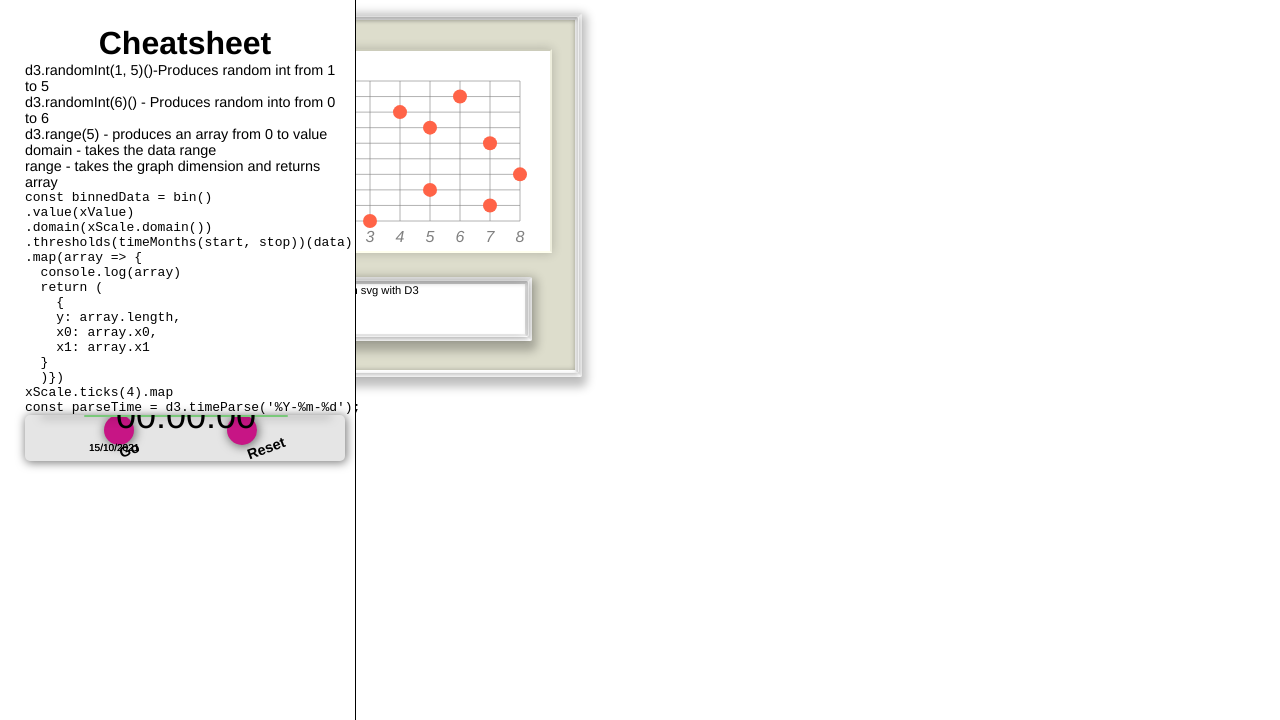
Repository: Lewisjohnward/100-days-of-d3
Page: /
The author's editor kept a copy of each file at every save. The page is drawn from the files as they stood at one save, then again after the next save.
The browser window is 1280 px wide. The pictures show the whole page.
The page's requests for data from a server got no answer. An inner scrolling area shows only its first screen. The project was rebuilt for these pictures with package versions that can differ from the ones it lists, and the page was loaded fresh each time. No one was signed in, and anything a server would have sent is missing. Also part of the build but not shown: src/charts/chart2/useGetData.js, src/charts/chart2/styles.js, src/charts/chart2/Chart.js, src/charts/chart3/useGetData.js, src/charts/chart3/styles.js, src/charts/chart3/Chart.js, src/charts/chart4/useGetData.js, src/charts/chart4/styles.js and 4 more.

Above is the page before, as saved 2021-10-20 15:28:34.

### src/App.js
import styled from "styled-components";
import { Chart1, Chart2, Chart3, Chart4, Chart5 } from "./charts/index.js";
import { Hello } from "./components/HelloD3";
import { Navbar } from "./components/Navbar.js";

const BodyContainer = styled.div`
  position: relative;
  z-index: 99;
  display: flex;
  height: ${({ height }) => height}px;
  overflow: hidden;
`;

const ChartGrid = styled.div`
  width: 75%;
  display: grid;
  overflow: scroll;
  grid-template-columns: repeat(3, 400px);
  grid-template-rows: repeat(2, 400px);
  justify-content: center;
  align-items: start;
  align-content: start;
  grid-gap: 0px;
  border-left: 1px solid black;
  padding: 1%;
`;



const height = window.innerHeight;

function App() {
  return (
    <BodyContainer height={height}>
      <Hello />
      <Navbar />
      <ChartGrid>
        <Chart1 />
        <Chart2 />
        <Chart2 />
        <Chart3 />
        <Chart4 />
        <Chart5 />
      </ChartGrid>
    </BodyContainer>
  );
}

export default App;

### src/index.css
*{
    margin: 0;
    padding: 0;
}

body {
    font-family: Helvetica, "Trebuchet MS", Verdana, sans-serif;
}

### src/charts/index.js
export { Test as Chart1} from "./chart1/Chart"
export { Chart as Chart2} from "./chart2/Chart"
export { Chart as Chart3} from "./chart3/Chart"
export { Chart as Chart4} from "./chart4/Chart"
export { Chart as Chart5} from "./chart5/Chart"

### src/components/HelloD3.js
import { useState } from "react";
import styled, { keyframes } from "styled-components";

const letterAnimation = keyframes`
    0% {transform: rotate(0deg);}
    20% {transform: rotate(-45deg);}
    100% {transform: rotate(-45deg);}
`;

const TextContainer = styled.div`
  position: absolute;
  top: 25%;
  display: flex;
  font-size: 10em;

`;

const LetterContainer = styled.div`
  &.fallanimation {
    transition: transform 1s;
    transform: translateY(942px);
  }

  p {
    font-weight: ${({bold}) => bold ? 600: 300};
    &.fallanimation {
      animation: ${letterAnimation} ease-out 1s forwards;
    }
  }
`;

const word = "Hello";
const d3 = "D3"
const d3Array = d3.split("");
const wordArray = word.split("");
const height = window.innerHeight;

export const Hello = () => {
  return (
    <TextContainer>
      {wordArray.map((d) => (
        <Letter letter={d} />
      ))}
      {d3Array.map((d) => (
        <Letter letter={d} bold={true}/>
      ))}
    </TextContainer>
  );
};

const Letter = ({ letter, bold}) => {
  const [visible, setVisible] = useState(true);

  const handleMouseEnter = () => {
    setVisible((prev) => !prev);
  };

  return (
    <LetterContainer className={!visible && "fallanimation"} height={height} bold={bold}>
      <p
        className={!visible && "fallanimation"}
        onMouseEnter={() => handleMouseEnter()}
      >
        {letter}
      </p>
    </LetterContainer>
  );
};

### src/components/Navbar.js
import { useState } from "react";
import styled from "styled-components";
import {TimerComponent as Timer} from "./Timer"

const NavContainer = styled.div`
  position: relative;
  height: 100%;
  width: 25%;
  background: white;
  padding: 25px 10px 25px 25px;

  > p {
    font-size: 0.9em;
  }
`;

const Title = styled.div`
  font-size: 2em;
  font-weight: 700;
  text-align: center;
`;

const code = `const binnedData = bin()
.value(xValue)
.domain(xScale.domain())
.thresholds(timeMonths(start, stop))(data)
.map(array => {
  console.log(array)
  return (
    {
    y: array.length,
    x0: array.x0,
    x1: array.x1
  }
  )})`;

export const Navbar = () => {
  const [visible, setVisible] = useState(false);
  return (
    <NavContainer visible={visible}>

      <Title>Cheatsheet</Title>
      <p>d3.randomInt(1, 5)()-Produces random int from 1 to 5</p>
      <p>d3.randomInt(6)() - Produces random into from 0 to 6</p>
      <p>d3.range(5) - produces an array from 0 to value</p>
      <p>domain - takes the data range</p>
      <p>range - takes the graph dimension and returns array</p>
      <pre>
        <code>{code}</code>
      </pre>
      <pre>
        <code>xScale.ticks(4).map</code>
      </pre>
      <pre>
        <code>const parseTime = d3.timeParse('%Y-%m-%d');</code>
      </pre>
      <Timer />
    </NavContainer>
  );
};

### src/charts/chart1/Chart.js
import { useState } from "react";
import { randomInt, range, scaleLinear, max } from "d3";
import {
  Frame,
  Svg,
  ChartContainer,
  Description,
  DescriptionContainer,
  Signature,
} from "./styles";

const data = range(10).map((d) => ({
  a: randomInt(10)(),
  b: d,
}));

const margin = {
  top: 30,
  right: 30,
  bottom: 30,
  left: 30,
};

const height = 200;
const width = 300;

const AxisTickOffset = 7;

const innerHeight = height - margin.top - margin.bottom;
const innerWidth = width - margin.left - margin.right;

export const Chart = () => {
  const xValue = (d) => d.a;
  const yValue = (d) => d.b;

  const xAxisScale = scaleLinear()
    .domain([0, max(data, xValue)])
    .range([0, innerWidth])
    .nice();

  const yAxisScale = scaleLinear()
    .domain([0, max(data, yValue)])
    .range([innerHeight, 0])
    .nice();

  return (
    <Frame>
      <ChartContainer>
        <Svg height={height} width={width}>
          <g transform={`translate(${margin.left}, ${margin.top})`}>
            {xAxisScale.ticks().map((tickValue) => (
              <g transform={`translate(${xAxisScale(tickValue)}, 0)`}>
                <line y2={innerHeight} stroke="black" />
                <text
                  y={innerHeight + 3 * AxisTickOffset}
                  style={{ textAnchor: "middle" }}
                >
                  {tickValue}
                </text>
              </g>
            ))}

            {yAxisScale.ticks().map((tickValue) => (
              <g transform={`translate(0, ${yAxisScale(tickValue)})`}>
                <line x2={innerWidth} stroke="black" />
                <text
                  x={-AxisTickOffset}
                  dy="0.32em"
                  style={{ textAnchor: "end" }}
                >
                  {tickValue}
                </text>
              </g>
            ))}
            {data.map(({ a, b }) => (
              <Mark x={xAxisScale(a)} y={yAxisScale(b)} r={7} />
            ))}
          </g>
        </Svg>

        <Frame small={"true"}>
          <DescriptionContainer>
            <Description>Scatter graph on svg with D3</Description>
            <Signature>09/10/21 - L Ward</Signature>
          </DescriptionContainer>
        </Frame>
      </ChartContainer>
    </Frame>
  );
};

export const Chart1= () => {
  const xValue = (d) => d.a;
  const yValue = (d) => d.b;

  const xAxisScale = scaleLinear()
    .domain([0, max(data, xValue)])
    .range([0, innerWidth])
    .nice();

  const yAxisScale = scaleLinear()
    .domain([0, max(data, yValue)])
    .range([innerHeight, 0])
    .nice();

  return (
        <Svg height={height} width={width}>
          <g transform={`translate(${margin.left}, ${margin.top})`}>
            {xAxisScale.ticks().map((tickValue) => (
              <g transform={`translate(${xAxisScale(tickValue)}, 0)`}>
                <line y2={innerHeight} stroke="black" />
                <text
                  y={innerHeight + 3 * AxisTickOffset}
                  style={{ textAnchor: "middle" }}
                >
                  {tickValue}
                </text>
              </g>
            ))}

            {yAxisScale.ticks().map((tickValue) => (
              <g transform={`translate(0, ${yAxisScale(tickValue)})`}>
                <line x2={innerWidth} stroke="black" />
                <text
                  x={-AxisTickOffset}
                  dy="0.32em"
                  style={{ textAnchor: "end" }}
                >
                  {tickValue}
                </text>
              </g>
            ))}
            {data.map(({ a, b }) => (
              <Mark x={xAxisScale(a)} y={yAxisScale(b)} r={7} />
            ))}
          </g>
        </Svg>
  );
};

const Mark = ({ x, y, r }) => {
  const [tooltipVisible, setToolTipVisible] = useState(false);

  return (
    <>
    <circle
        cx={x}
        cy={y}
        r={r}
        fill={"black"}
        onMouseEnter={() => setToolTipVisible(!tooltipVisible)}
        onMouseLeave={() => setToolTipVisible(!tooltipVisible)}
      />
      {tooltipVisible && <rect x={x + 10} y={y - 25} height={50} width={50} rx={5} />}

    </>
  );
};

export const Test = () => {
  return (
    <Frame>
    <ChartContainer>
      <Chart1 />
    <Frame small={"true"}>
          <DescriptionContainer>
          <Description>Scatter graph on svg with D3</Description>
            <Signature>09/10/21 - L Ward</Signature>
          </DescriptionContainer>
        </Frame>
      </ChartContainer>
    </Frame>
  )


}

### src/components/Timer.js
import { useState, useEffect } from "react";
import styled, { keyframes } from "styled-components";

const Icon = styled.div`
  position: relative;

  padding: 0px;
  margin: 0px;

  color: black;
  overflow: hidden;
  background: rgb(229, 229, 229);
  opacity: 1;
  text-shadow: none;
  font-weight: 300;
  font-size: 0.9em;
  box-shadow: 1px 1px 10px 1px rgba(0, 0, 0, 0.5);
  border-radius: 5px;
`;

const Container = styled.div`
  height: 100%;
  width: 100%;
  display: flex;
  flex-direction: column;
  justify-content: center;
  align-items: center;
`;

const Timer = styled.div`
  position: relative;
  background: gray;
  height: 65%;
  width: 90%;
  border-radius: 5px 5px 50px 5px;
  box-shadow: 1px 1px 10px 1px rgba(0, 0, 0, 0.5);
`;

const TimerContainer = styled.div`
  position: absolute;
  top: 10%;
  left: 15%;
  height: 80%;
  width: 70%;
  display: flex;
  justify-content: center;
  align-items: center;

  background: palegreen;
  border-radius: 5px;
  border: 1px solid rgba(0, 0, 0, 0.2);
  font-size: 2.5em;
`;

const ButtonContainer = styled.div`
  height: 25%;
  width: 80%;
  display: flex;

  flex-direction: row;
  justify-content: space-around;
  align-items: center;
`;

const Start_StopContainer = styled.div`
  display: flex;
  align-items: center;
  justify-content: center;
  background: mediumvioletred;
  width: 30px;
  height: 30px;
  border-radius: 100%;
  box-shadow: 1px 1px 10px 1px rgba(0, 0, 0, 0.5);
  font-size: 1.2em;
  font-weight: 800;
  cursor: pointer;

  &:active {
    transition: transform 0.1s box-shadow 0.1s;
    transform: translateY(10%);
  }
`;

const ButtonDiv = styled.div`
  font-weight: 600;

  p {
    transform: translate(50%, -30%) rotate(-20deg);
  }
`;

const DateContainer = styled.div`
  position: absolute;
  top: 58%;
  left: 20%;
  font-size: 0.7em;
  text-decoration: italic;

  .today {
    right: 0%;
  }
`;

export const TimerComponent = ({ grid }) => {
  const [seconds, setSeconds] = useState(0);
  const [active, setActive] = useState(false);

  useEffect(() => {
    const seconds = parseInt(localStorage.getItem("seconds-d3")) || 0;
    const active = localStorage.getItem("state-d3") || false;
    setActive(active);
    setSeconds(seconds);
  }, []);

  useEffect(() => {
    if (active) {
      setTimeout(() => {
        setSeconds((prev) => prev + 1);
      }, 1000);
    }
    localStorage.setItem("seconds-d3", seconds);
    localStorage.setItem("state-d3", active);
  }, [active, seconds]);

  function secondsToTime(e) {
    var h = Math.floor(e / 3600)
        .toString()
        .padStart(2, "0"),
      m = Math.floor((e % 3600) / 60)
        .toString()
        .padStart(2, "0"),
      s = Math.floor(e % 60)
        .toString()
        .padStart(2, "0");

    return h + ":" + m + ":" + s;
    //return `${h}:${m}:${s}`;
  }

  return (
    <Icon className={`icon`}>
      <Container>
        <Timer>
          <TimerContainer>{secondsToTime(seconds)}</TimerContainer>
        </Timer>
        <DateContainer>15/10/2021</DateContainer>
        <DateContainer className="today">15/10/2021</DateContainer>
        <ButtonContainer>
          <ButtonDiv>
            <Start_StopContainer
              onClick={() => {
                if (!active) {
                  setActive(true);
                }
              }}
            />
            <p>Go</p>
          </ButtonDiv>
          {active ? (
            <ButtonDiv>
              <Start_StopContainer onClick={() => setActive(false)} />
              <p>Stop</p>
            </ButtonDiv>
          ) : (
            <ButtonDiv>
              <Start_StopContainer onClick={() => setSeconds(0)} />
              <p>Reset</p>
            </ButtonDiv>
          )}
        </ButtonContainer>
      </Container>
    </Icon>
  );
};

### src/charts/chart1/styles.js
import styled from "styled-components";

export const Frame = styled.div`
  height: ${({ small }) => (small ? "50px" : "350px")};
  width: ${({ small }) => (small ? "250px" : "350px")};
  background-color: #ddc;
  border: solid 1vmin #eee;
  border-bottom-color: #fff;
  border-left-color: #eee;
  border-radius: 2px;
  border-right-color: #eee;
  border-top-color: #ddd;
  box-shadow: 0 0 5px 0 rgba(0, 0, 0, 0.25) inset,
    0 5px 10px 5px rgba(0, 0, 0, 0.25);

  position: relative;
  text-align: center;
  &:before {
    border-radius: 2px;
    bottom: -0.4vmin;
    box-shadow: 0 2px 5px 0 rgba(0, 0, 0, 0.25) inset;
    content: "";
    left: -0.4vmin;
    position: absolute;
    right: -0.4vmin;
    top: -0.4vmin;
  }
  &:after {
    border-radius: 2px;
    bottom: -0.5vmin;
    box-shadow: 0 2px 5px 0 rgba(0, 0, 0, 0.25);
    content: "";
    left: -0.5vmin;
    position: absolute;
    right: -0.5vmin;
    top: -0.5vmin;
  }
`;

export const ChartContainer = styled.div`
position: relative;
z-index: 999;
  display: flex;
  flex-direction: column;
  justify-content: space-around;
  align-items: center;
  height: 100%;
  width: 100%;
  padding: 5% 1%;
  box-sizing: border-box;
`;

export const Svg = styled.svg`
  height: ${({ height }) => height}px;
  width: ${({ width }) => width}px;
  background: white;
  box-shadow: 0px 0px 10px 0px rgba(0, 0, 0, 0.2);
  border: solid 2px;
  border-bottom-color: #ffe;
  border-left-color: #eed;
  border-right-color: #eed;
  border-top-color: #ccb;


  line {
    stroke: gray;
    opacity: 0.6;
  }

  circle {
    fill: tomato;
  }

  text {
    font-style: italic;
    fill: gray;
  }

  rect {
    stroke: tomato;
    fill: white;
  }
`;

export const DescriptionContainer = styled.div`
  box-sizing: border-box;
  display: flex;
  flex-direction: column;
  justify-content: space-between;
  width: 100%;
  height: 100%;
  box-shadow: 0px 0px 10px 0px rgba(0, 0, 0, 0.2);
  background: white;
`;

export const Description = styled.p`
  text-align: left;
  font-size: 0.7em;
`;

export const Signature = styled.p`
  text-align: left;
  font-style: italic;
  font-size: 0.6em;
`;

Loaded but not shown: public/index.html (common file); src/index.js (common file)

After the next save:
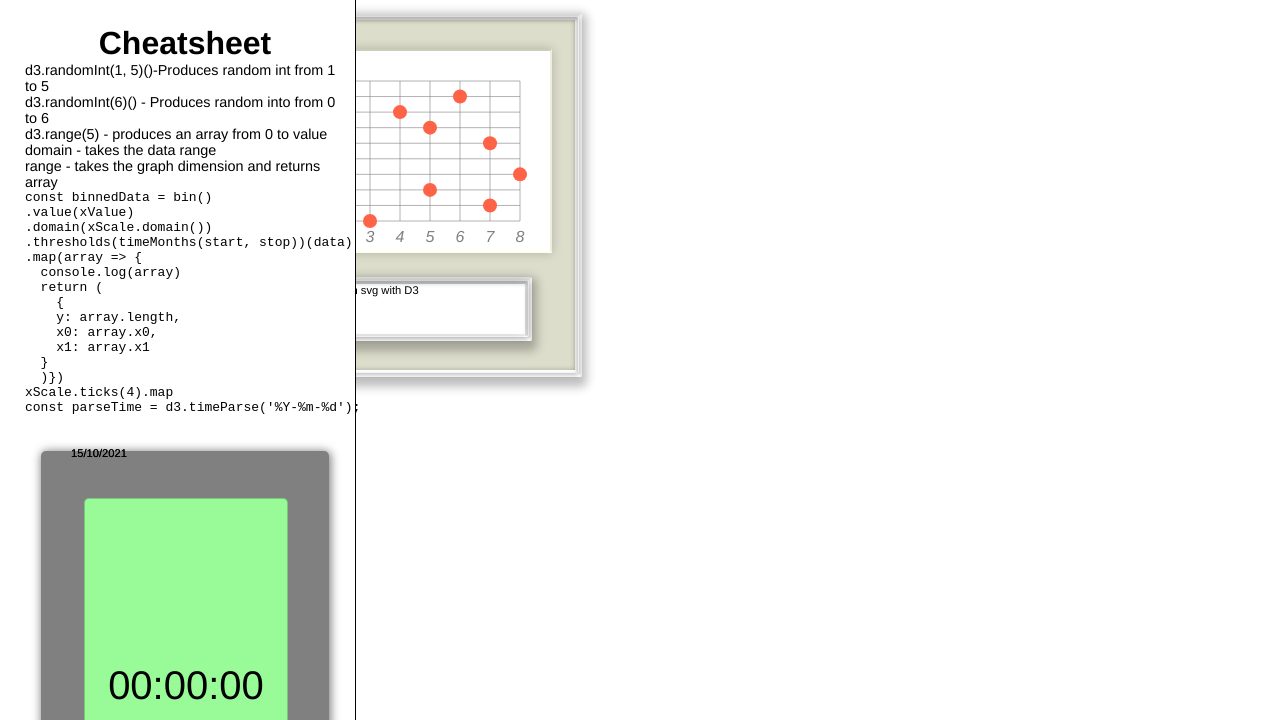
Saved 25 s later.
--- a/src/components/Timer.js
+++ b/src/components/Timer.js
@@ -138,7 +138,6 @@
   }
 
   return (
-    <Icon className={`icon`}>
       <Container>
         <Timer>
           <TimerContainer>{secondsToTime(seconds)}</TimerContainer>
@@ -169,6 +168,5 @@
           )}
         </ButtonContainer>
       </Container>
-    </Icon>
   );
 };

After the save that followed:
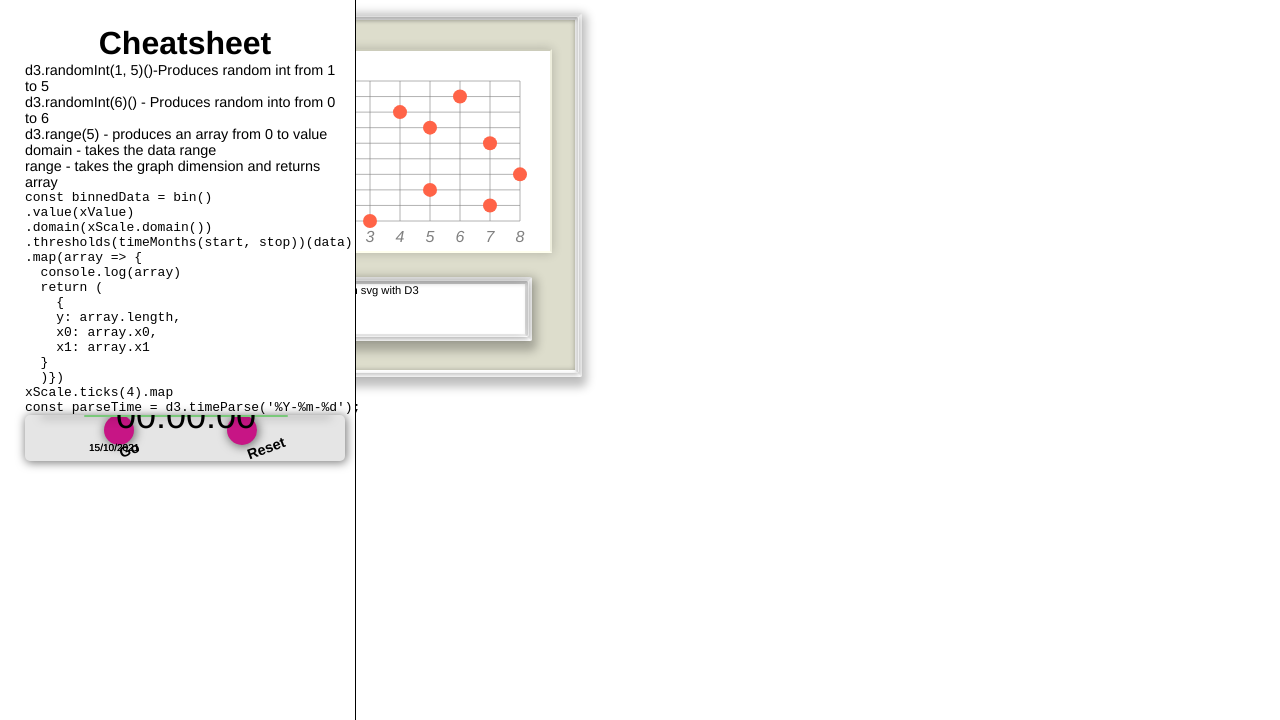
Saved 25 s later.
--- a/src/components/Timer.js
+++ b/src/components/Timer.js
@@ -138,6 +138,7 @@
   }
 
   return (
+    <Icon className={`icon`}>
       <Container>
         <Timer>
           <TimerContainer>{secondsToTime(seconds)}</TimerContainer>
@@ -168,5 +169,6 @@
           )}
         </ButtonContainer>
       </Container>
+    </Icon>
   );
 };
